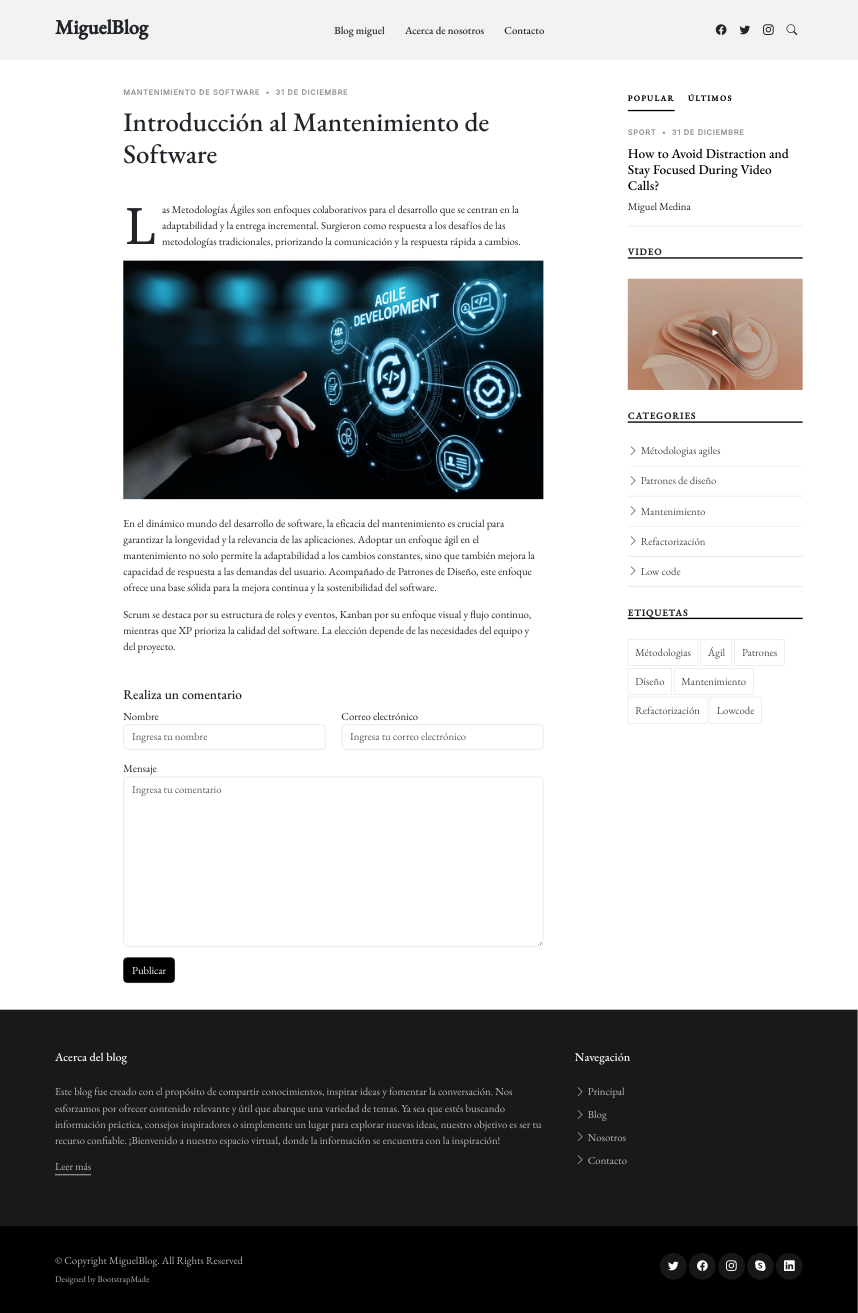
Repository: MiguelDev5/blog-miguel
Page: post-m.html
The author's editor kept a copy of each file at every save. The page is drawn from the files as they stood at one save, then again after the next save.
The browser window is 1280 px wide. The pictures show the whole page, at 67% of full size.
Some web fonts or font styles are not loaded; a fallback is used.

Above is the page before, as saved 2024-01-01 20:43:21.

### post-m.html
<!DOCTYPE html>
<html lang="en">

<head>
  <meta charset="utf-8">
  <meta content="width=device-width, initial-scale=1.0" name="viewport">

  <title>MiguelBlog Bootstrap Template - Single Post</title>
  <meta content="" name="description">
  <meta content="" name="keywords">

  <!-- Favicons -->
  <link href="assets/img/favicon.png" rel="icon">
  <link href="assets/img/apple-touch-icon.png" rel="apple-touch-icon">

  <!-- Google Fonts -->
  <link rel="preconnect" href="https://fonts.googleapis.com">
  <link rel="preconnect" href="https://fonts.gstatic.com" crossorigin>
  <link href="https://fonts.googleapis.com/css2?family=EB+Garamond:wght@400;500&family=Inter:wght@400;500&family=Playfair+Display:ital,wght@0,400;0,700;1,400;1,700&display=swap" rel="stylesheet">

  <!-- Vendor CSS Files -->
  <link href="assets/vendor/bootstrap/css/bootstrap.min.css" rel="stylesheet">
  <link href="assets/vendor/bootstrap-icons/bootstrap-icons.css" rel="stylesheet">
  <link href="assets/vendor/swiper/swiper-bundle.min.css" rel="stylesheet">
  <link href="assets/vendor/glightbox/css/glightbox.min.css" rel="stylesheet">
  <link href="assets/vendor/aos/aos.css" rel="stylesheet">

  <!-- Template Main CSS Files -->
  <link href="assets/css/variables.css" rel="stylesheet">
  <link href="assets/css/main.css" rel="stylesheet">

  <!-- =======================================================
  * Template Name: MiguelBlog
  * Updated: Sep 18 2023 with Bootstrap v5.3.2
  * Template URL: https://bootstrapmade.com/miguelBlog-bootstrap-blog-template/
  * Author: BootstrapMade.com
  * License: https:///bootstrapmade.com/license/
  ======================================================== -->
</head>

<body>

  <!-- ======= Header ======= -->
  <header id="header" class="header d-flex align-items-center fixed-top">
    <div class="container-fluid container-xl d-flex align-items-center justify-content-between">

      <a href="index.html" class="logo d-flex align-items-center">
        <!-- Uncomment the line below if you also wish to use an image logo -->
        <!-- <img src="assets/img/logo.png" alt=""> -->
        <h1>MiguelBlog</h1>
      </a>

      <nav id="navbar" class="navbar">
        <ul>
          <li><a href="index.html">Blog miguel</a></li>
          <li><a href="about.html">Acerca de nosotros</a></li>
          <li><a href="contact.html">Contacto</a></li>
        </ul>
      </nav><!-- .navbar -->

      <div class="position-relative">
        <a href="#" class="mx-2"><span class="bi-facebook"></span></a>
        <a href="#" class="mx-2"><span class="bi-twitter"></span></a>
        <a href="#" class="mx-2"><span class="bi-instagram"></span></a>

        <a href="#" class="mx-2 js-search-open"><span class="bi-search"></span></a>
        <i class="bi bi-list mobile-nav-toggle"></i>

        <!-- ======= Search Form ======= -->
        <div class="search-form-wrap js-search-form-wrap">
          <form action="search-result.html" class="search-form">
            <span class="icon bi-search"></span>
            <input type="text" placeholder="Search" class="form-control">
            <button class="btn js-search-close"><span class="bi-x"></span></button>
          </form>
        </div><!-- End Search Form -->

      </div>

    </div>

  </header><!-- End Header -->

  <main id="main">

    <section class="single-post-content">
      <div class="container">
        <div class="row">
          <div class="col-md-9 post-content" data-aos="fade-up">

            <!-- ======= Single Post Content ======= -->
            <div class="single-post">
              <div class="post-meta"><span class="date">Mantenimiento de software</span> <span class="mx-1">&bullet;</span> <span>31 de Diciembre</span></div>
              <h1 class="mb-5">Introducción al Mantenimiento de Software</h1>
              <p><span class="firstcharacter">L</span>as Metodologías Ágiles son enfoques colaborativos para el desarrollo que se centran en la adaptabilidad y la entrega incremental. Surgieron como respuesta a los desafíos de las metodologías tradicionales, priorizando la comunicación y la respuesta rápida a cambios.</p>
              <div class="col-md-9"></div>
                  <img src="assets/img/ma001.jpg" alt="" class="img-fluid" style="width: 200;">

              </div>
              <br/>
              <p>En el dinámico mundo del desarrollo de software, la eficacia del mantenimiento es crucial para garantizar la longevidad y la relevancia de las aplicaciones. Adoptar un enfoque ágil en el mantenimiento no solo permite la adaptabilidad a los cambios constantes, sino que también mejora la capacidad de respuesta a las demandas del usuario. Acompañado de Patrones de Diseño, este enfoque ofrece una base sólida para la mejora continua y la sostenibilidad del software.</p>
              <p>Scrum se destaca por su estructura de roles y eventos, Kanban por su enfoque visual y flujo continuo, mientras que XP prioriza la calidad del software. La elección depende de las necesidades del equipo y del proyecto.</p>

            <!-- ======= Comments Form ======= -->
            <div class="row justify-content-center mt-5">

              <div class="col-lg-12">
                <h5 class="comment-title">Realiza un comentario</h5>
                <div class="row">
                  <div class="col-lg-6 mb-3">
                    <label for="comment-name">Nombre</label>
                    <input type="text" class="form-control" id="comment-name" placeholder="Ingresa tu nombre">
                  </div>
                  <div class="col-lg-6 mb-3">
                    <label for="comment-email">Correo electrónico</label>
                    <input type="text" class="form-control" id="comment-email" placeholder="Ingresa tu correo electrónico">
                  </div>
                  <div class="col-12 mb-3">
                    <label for="comment-message">Mensaje</label>

                    <textarea class="form-control" id="comment-message" placeholder="Ingresa tu comentario" cols="30" rows="10"></textarea>
                  </div>
                  <div class="col-12">
                    <input type="submit" class="btn btn-primary" value="Publicar">
                  </div>
                </div>
              </div>
            </div><!-- End Comments Form -->

          </div>
          <div class="col-md-3">
            <!-- ======= Sidebar ======= -->
            <div class="aside-block">

              <ul class="nav nav-pills custom-tab-nav mb-4" id="pills-tab" role="tablist">
                <li class="nav-item" role="presentation">
                  <button class="nav-link active" id="pills-popular-tab" data-bs-toggle="pill" data-bs-target="#pills-popular" type="button" role="tab" aria-controls="pills-popular" aria-selected="true">Popular</button>
                </li>
                <li class="nav-item" role="presentation">
                  <button class="nav-link" id="pills-latest-tab" data-bs-toggle="pill" data-bs-target="#pills-latest" type="button" role="tab" aria-controls="pills-latest" aria-selected="false">Últimos</button>
                </li>
              </ul>

              <div class="tab-content" id="pills-tabContent">

                <!-- Popular -->
                <div class="tab-pane fade show active" id="pills-popular" role="tabpanel" aria-labelledby="pills-popular-tab">
                  <div class="post-entry-1 border-bottom">
                    <div class="post-meta"><span class="date">Sport</span> <span class="mx-1">&bullet;</span> <span>31 de Diciembre</span></div>
                    <h2 class="mb-2"><a href="#">How to Avoid Distraction and Stay Focused During Video Calls?</a></h2>
                    <span class="author mb-3 d-block">Miguel Medina</span>
                  </div>


                </div> <!-- End Popular -->



                <!-- Latest -->
                <div class="tab-pane fade" id="pills-latest" role="tabpanel" aria-labelledby="pills-latest-tab">
                  <div class="post-entry-1 border-bottom">
                    <div class="post-meta"><span class="date">Lifestyle</span> <span class="mx-1">&bullet;</span> <span>31 de Diciembre</span></div>
                    <h2 class="mb-2"><a href="#">Life Insurance And Pregnancy: A Working Mom’s Guide</a></h2>
                    <span class="author mb-3 d-block">Miguel Medina</span>
                  </div>



                </div> <!-- End Latest -->

              </div>
            </div>

            <div class="aside-block">
              <h3 class="aside-title">Video</h3>
              <div class="video-post">
                <a href="https://www.youtube.com/watch?v=AiFfDjmd0jU" class="glightbox link-video">
                  <span class="bi-play-fill"></span>
                  <img src="assets/img/post-landscape-5.jpg" alt="" class="img-fluid">
                </a>
              </div>
            </div><!-- End Video -->

            <div class="aside-block">
              <h3 class="aside-title">Categories</h3>
              <ul class="aside-links list-unstyled">
                <li><a href="category.html"><i class="bi bi-chevron-right"></i> Métodologias agiles</a></li>
                <li><a href="category.html"><i class="bi bi-chevron-right"></i> Patrones de diseño</a></li>
                <li><a href="category.html"><i class="bi bi-chevron-right"></i> Mantenimiento</a></li>
                <li><a href="category.html"><i class="bi bi-chevron-right"></i> Refactorización</a></li>
                <li><a href="category.html"><i class="bi bi-chevron-right"></i> Low code</a></li>
              </ul>
            </div><!-- End Categories -->

            <div class="aside-block">
              <h3 class="aside-title">Etiquetas</h3>
              <ul class="aside-tags list-unstyled">
                <li><a href="category.html">Métodologias</a></li>
                <li><a href="category.html">Ágil</a></li>
                <li><a href="category.html">Patrones</a></li>
                <li><a href="category.html">Diseño</a></li>
                <li><a href="category.html">Mantenimiento</a></li>
                <li><a href="category.html">Refactorización</a></li>
                <li><a href="category.html">Lowcode</a></li>
              </ul>
            </div><!-- End Tags -->

          </div>
        </div>
      </div>
    </section>
  </main><!-- End #main -->

  <!-- ======= Footer ======= -->
  <footer id="footer" class="footer">
    <div class="footer-content">
      <div class="container">
        <div class="row g-5">
          <div class="col-lg-8">
            <h3 class="footer-heading">Acerca del blog</h3>
            <p>Este blog fue creado con el propósito de compartir conocimientos, inspirar ideas y fomentar la conversación. Nos esforzamos por ofrecer contenido relevante y útil que abarque una variedad de temas. Ya sea que estés buscando información práctica, consejos inspiradores o simplemente un lugar para explorar nuevas ideas, nuestro objetivo es ser tu recurso confiable. ¡Bienvenido a nuestro espacio virtual, donde la información se encuentra con la inspiración!</p>
            <p><a href="about.html" class="footer-link-more">Leer más</a></p>
          </div>
          <div class="col-6 col-lg-2">
            <h3 class="footer-heading">Navegación</h3>
            <ul class="footer-links list-unstyled">
              <li><a href="index.html"><i class="bi bi-chevron-right"></i> Principal</a></li>
              <li><a href="index.html"><i class="bi bi-chevron-right"></i> Blog</a></li>
              <li><a href="about.html"><i class="bi bi-chevron-right"></i> Nosotros</a></li>
              <li><a href="contact.html"><i class="bi bi-chevron-right"></i> Contacto</a></li>
            </ul>
          </div>
        </div>
      </div>
    </div>

    <div class="footer-legal">
      <div class="container">

        <div class="row justify-content-between">
          <div class="col-md-6 text-center text-md-start mb-3 mb-md-0">
            <div class="copyright">
              © Copyright <strong><span>MiguelBlog</span></strong>. All Rights Reserved
            </div>

            <div class="credits">
              Designed by BootstrapMade
            </div>

          </div>

          <div class="col-md-6">
            <div class="social-links mb-3 mb-lg-0 text-center text-md-end">
              <a href="#" class="twitter"><i class="bi bi-twitter"></i></a>
              <a href="#" class="facebook"><i class="bi bi-facebook"></i></a>
              <a href="#" class="instagram"><i class="bi bi-instagram"></i></a>
              <a href="#" class="google-plus"><i class="bi bi-skype"></i></a>
              <a href="#" class="linkedin"><i class="bi bi-linkedin"></i></a>
            </div>

          </div>

        </div>

      </div>
    </div>
  </footer>

  <a href="#" class="scroll-top d-flex align-items-center justify-content-center"><i class="bi bi-arrow-up-short"></i></a>

  <!-- Vendor JS Files -->
  <script src="assets/vendor/bootstrap/js/bootstrap.bundle.min.js"></script>
  <script src="assets/vendor/swiper/swiper-bundle.min.js"></script>
  <script src="assets/vendor/glightbox/js/glightbox.min.js"></script>
  <script src="assets/vendor/aos/aos.js"></script>
  <script src="assets/vendor/php-email-form/validate.js"></script>

  <!-- Template Main JS File -->
  <script src="assets/js/main.js"></script>

</body>

</html>

### assets/css/variables.css
/**
* Template Name: ZenBlog
* File: variables.css
* Description: Easily customize colors, typography, and other repetitive properties used in the template main stylesheet file main.css
*
* Template URL: https://bootstrapmade.com/zenblog-bootstrap-blog-template/
* Author: BootstrapMade.com
* License: https://bootstrapmade.com/license/
*
* Contents:
* 1. ZenBlog template variables
* 2. Override default Bootstrap variables
* 3. Set color and background class names
*
* Learn more about CSS variables at https://developer.mozilla.org/en-US/docs/Web/CSS/Using_CSS_custom_properties
*/

/*--------------------------------------------------------------
# 1. ZenBlog template variables
--------------------------------------------------------------*/
:root {

  /* Fonts */
  --font-default: 'EB Garamond', system-ui, -apple-system, "Segoe UI", Roboto, "Helvetica Neue", Arial, "Noto Sans", "Liberation Sans", sans-serif, "Apple Color Emoji", "Segoe UI Emoji", "Segoe UI Symbol", "Noto Color Emoji";
  --font-primary: 'EB Garamond', serif; /*'Playfair Display', serif;*/
  --font-secondary: 'Inter', sans-serif;

  /* Colors */
  /* The *-rgb color names are simply the RGB converted value of the corresponding color for use in the rgba() function */

  /* Default text color */
  --color-default: #212529;
  --color-default-rgb: 33, 37, 41;

  /* Defult links color */
  --color-links: #212529;
  --color-links-hover: #15171a;

  /* Primay colors */
  --color-primary: #212529;
  --color-primary-light: #26282c;
  --color-primary-dark: #0b0c0e;

  --color-primary-rgb: 33, 37, 41;
  --color-primary-light-rgb: 38, 40, 44;
  --color-primary-dark-rgb: 11, 12, 14;

  /* Secondary colors */
  --color-secondary: #596d80;
  --color-secondary-light: #8498aa;
  --color-secondary-dark: #404f5c;

  --color-secondary-rgb: 89, 109, 128;
  --color-secondary-light-rgb: 132, 152, 170;
  --color-secondary-dark-rgb: 64, 79, 92;

  /* General colors */
  --color-blue: #0d6efd;
  --color-blue-rgb: 13, 110, 253;

  --color-indigo: #6610f2;
  --color-indigo-rgb: 102, 16, 242;

  --color-purple: #6f42c1;
  --color-purple-rgb: 111, 66, 193;

  --color-pink: #f3268c;
  --color-pink-rgb: 243, 38, 140;

  --color-red: #df1529;
  --color-red-rgb: 223, 21, 4;

  --color-orange: #fd7e14;
  --color-orange-rgb: 253, 126, 20;

  --color-yellow: #ffc107;
  --color-yellow-rgb: 255, 193, 7;

  --color-green: #059652;
  --color-green-rgb: 5, 150, 82;

  --color-teal: #20c997;
  --color-teal-rgb: 32, 201, 151;

  --color-cyan: #0dcaf0;
  --color-cyan-rgb: 13, 202, 240;

  --color-white: #ffffff;
  --color-white-rgb: 255, 255, 255;

  --color-gray: #6c757d;
  --color-gray-rgb: 108, 117, 125;

  --color-black: #000000;
  --color-black-rgb: 0, 0, 0;
}

/*--------------------------------------------------------------
# 2. Override default Bootstrap variables
--------------------------------------------------------------*/
:root {
  --bs-blue: var(--color-blue);
  --bs-indigo: var(--color-indigo);
  --bs-purple: var(--color-purple);
  --bs-pink: var(--color-pink);
  --bs-red: var(--color-red);
  --bs-orange: var(--color-orange);
  --bs-yellow: var(--color-yellow);
  --bs-green: var(--color-green);
  --bs-teal: var(--color-teal);
  --bs-cyan: var(--color-cyan);
  --bs-white: var(--color-white);
  --bs-gray: var(--color-gray);
  --bs-gray-dark: #343a40;
  --bs-gray-100: #f8f9fa;
  --bs-gray-200: #e9ecef;
  --bs-gray-300: #dee2e6;
  --bs-gray-400: #ced4da;
  --bs-gray-500: #adb5bd;
  --bs-gray-600: #6c757d;
  --bs-gray-700: #495057;
  --bs-gray-800: #343a40;
  --bs-gray-900: #212529;
  --bs-primary: var(--color-blue);
  --bs-secondary: var(--color-blue);
  --bs-success: #198754;
  --bs-info: #0dcaf0;
  --bs-warning: #ffc107;
  --bs-danger: #dc3545;
  --bs-light: #f8f9fa;
  --bs-dark: #212529;
  --bs-primary-rgb: var(--color-primary-rgb);
  --bs-secondary-rgb: var(--color-secondary-rgb);
  --bs-success-rgb: 25, 135, 84;
  --bs-info-rgb: 13, 202, 240;
  --bs-warning-rgb: 255, 193, 7;
  --bs-danger-rgb: 220, 53, 69;
  --bs-light-rgb: 248, 249, 250;
  --bs-dark-rgb: 33, 37, 41;
  --bs-white-rgb: var(--color-white-rgb);
  --bs-black-rgb: var(--color-black-rgb);
  --bs-body-color-rgb: var(--color-default-rgb);
  --bs-body-bg-rgb: 255, 255, 255;
  --bs-font-sans-serif: var(--font-default);
  --bs-font-monospace: SFMono-Regular, Menlo, Monaco, Consolas, "Liberation Mono", "Courier New", monospace;
  --bs-gradient: linear-gradient(180deg, rgba(255, 255, 255, 0.15), rgba(255, 255, 255, 0));
  --bs-body-font-family: var(--font-default);
  --bs-body-font-size: 1rem;
  --bs-body-font-weight: 400;
  --bs-body-line-height: 1.5;
  --bs-body-color: var(--color-default);
  --bs-body-bg: #fff;
}

/*--------------------------------------------------------------
# 3. Set color and background class names
--------------------------------------------------------------*/
/* Fonts */
.font-default { font-family: var(--font-default) !important; }
.font-primary { font-family: var(--font-primary) !important;}
.font-secondary { font-family: var(--font-secondary) !important; }

/* Text Colors */
.color-default { color: var(--color-default) !important; }
.color-links { color: var(--color-links) !important; }
.color-links:hover { color: var(--color-links-hover) !important; }
.color-primary { color: var(--color-primary) !important; }
.color-primary-light { color: var(--color-primary-light) !important; }
.color-primary-dark { color: var(--color-primary-dark) !important; }
.color-secondary { color: var(--color-secondary) !important; }
.color-secondary-light { color: var(--color-secondary-light) !important; }
.color-secondary-dark { color: var(--color-secondary-dark) !important; }
.color-blue { color: var(--color-blue) !important; }
.color-indigo { color: var(--color-indigo) !important; }
.color-purple { color: var(--color-purple) !important; }
.color-pink { color: var(--color-pink) !important; }
.color-red { color: var(--color-red) !important; }
.color-orange { color: var(--color-orange) !important; }
.color-yellow { color: var(--color-yellow) !important; }
.color-green { color: var(--color-green) !important; }
.color-teal { color: var(--color-teal) !important; }
.color-cyan { color: var(--color-cyan) !important; }
.color-white { color: var(--color-white) !important; }
.color-gray { color: var(--color-gray) !important; }
.color-black { color: var(--color-black) !important; }

/* Background Colors */
.bg-default { background-color: var(--color-default) !important; }
.bg-primary { background-color: var(--color-primary) !important; }
.bg-primary-light { background-color: var(--color-primary-light) !important; }
.bg-primary-dark { background-color: var(--color-primary-dark) !important; }
.bg-secondary { background-color: var(--color-secondary) !important; }
.bg-secondary-light { background-color: var(--color-secondary-light) !important; }
.bg-secondary-dark { background-color: var(--color-secondary-dark) !important; }
.bg-blue { background-color: var(--color-blue) !important; }
.bg-indigo { background-color: var(--color-indigo) !important; }
.bg-purple { background-color: var(--color-purple) !important; }
.bg-pink { background-color: var(--color-pink) !important; }
.bg-red { background-color: var(--color-red) !important; }
.bg-orange { background-color: var(--color-orange) !important; }
.bg-yellow { background-color: var(--color-yellow) !important; }
.bg-green { background-color: var(--color-green) !important; }
.bg-teal { background-color: var(--color-teal) !important; }
.bg-cyan { background-color: var(--color-cyan) !important; }
.bg-white { background-color: var(--color-white) !important; }
.bg-gray { background-color: var(--color-gray) !important; }
.bg-black { background-color: var(--color-black) !important; }

Loaded but not shown: assets/vendor/bootstrap/css/bootstrap.min.css (library); assets/vendor/bootstrap-icons/bootstrap-icons.css (library); assets/vendor/swiper/swiper-bundle.min.css (library); assets/vendor/glightbox/css/glightbox.min.css (library); assets/vendor/aos/aos.css (library); assets/vendor/bootstrap/js/bootstrap.bundle.min.js (library); assets/vendor/swiper/swiper-bundle.min.js (library); assets/vendor/glightbox/js/glightbox.min.js (library); assets/vendor/aos/aos.js (library); assets/vendor/php-email-form/validate.js (common file); assets/js/main.js (154 lines, source omitted); assets/css/main.css (1300 lines, source omitted)

After the next save:
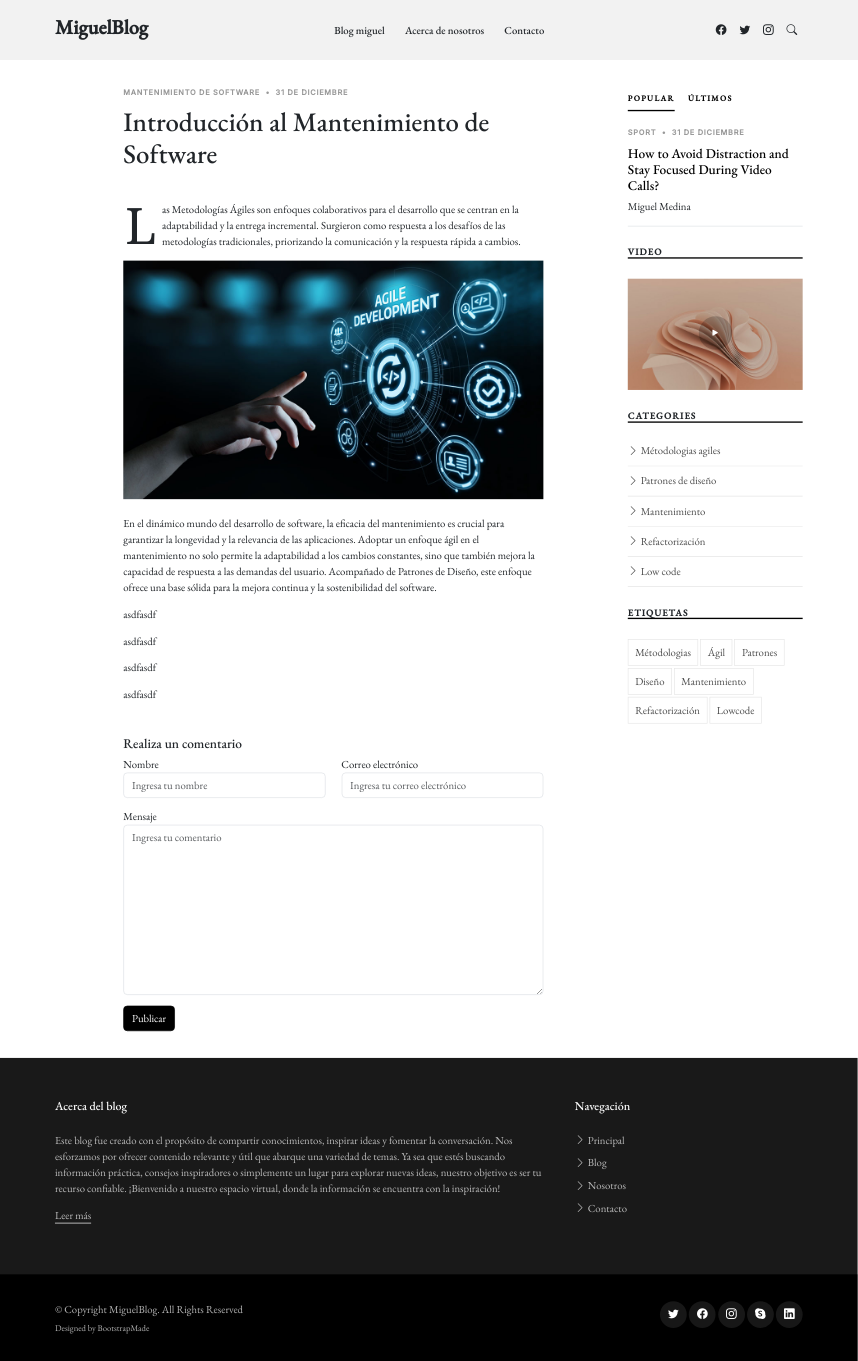
Saved 20 s later.
--- a/post-m.html
+++ b/post-m.html
@@ -99,7 +99,10 @@
               </div>
               <br/>
               <p>En el dinámico mundo del desarrollo de software, la eficacia del mantenimiento es crucial para garantizar la longevidad y la relevancia de las aplicaciones. Adoptar un enfoque ágil en el mantenimiento no solo permite la adaptabilidad a los cambios constantes, sino que también mejora la capacidad de respuesta a las demandas del usuario. Acompañado de Patrones de Diseño, este enfoque ofrece una base sólida para la mejora continua y la sostenibilidad del software.</p>
-              <p>Scrum se destaca por su estructura de roles y eventos, Kanban por su enfoque visual y flujo continuo, mientras que XP prioriza la calidad del software. La elección depende de las necesidades del equipo y del proyecto.</p>
+              <p>asdfasdf</p>
+              <p>asdfasdf</p>
+              <p>asdfasdf</p>
+              <p>asdfasdf</p>
 
             <!-- ======= Comments Form ======= -->
             <div class="row justify-content-center mt-5">
